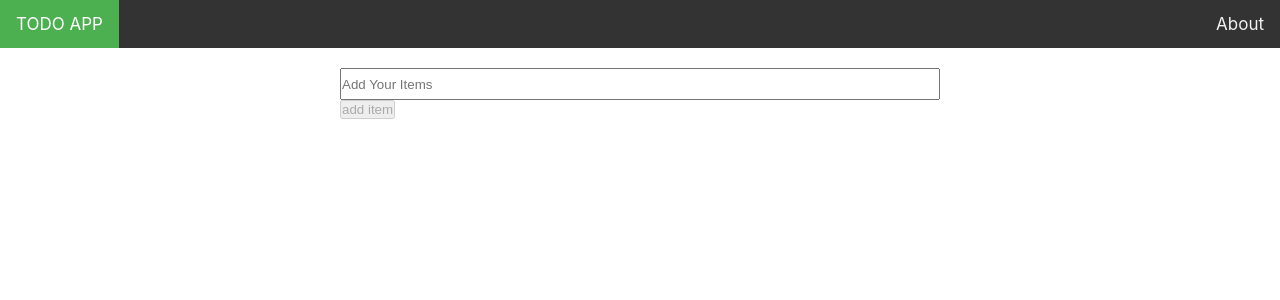
Repository: hoangphuong965/myTodoList
Page: /
An editor plug-in stored every save of this project. The page is shown before and after a run of saves, followed by the edit.
The browser window is 1280 px wide. The pictures show the whole page.
The project was rebuilt for these pictures with package versions that can differ from the ones it lists, and the page was loaded fresh each time. Also part of the build but not shown: src/components/TodoItems.js.

Above is the page before, as saved 2020-06-01 21:28:20.

After the next 3 saves:
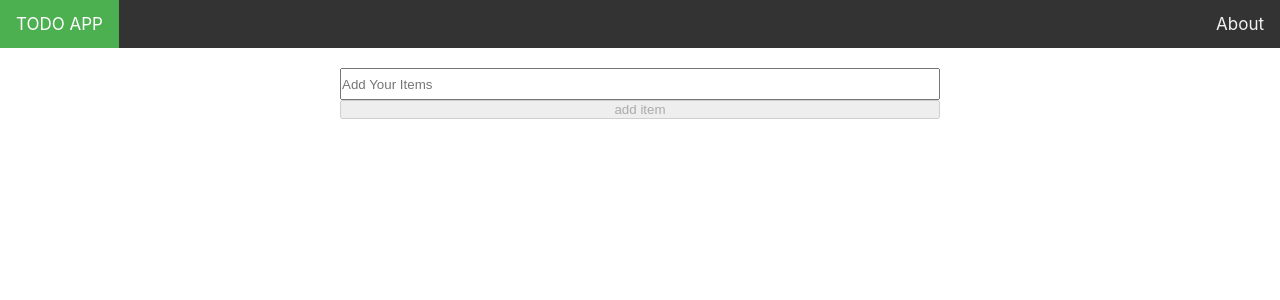
The 3 saves are shown as one change because they came seconds apart.
The last was saved 8 s later.
--- a/src/components/todo.css
+++ b/src/components/todo.css
@@ -37,4 +37,5 @@
 
 .btn{
     display: block;
+    width: 600px;
 }
